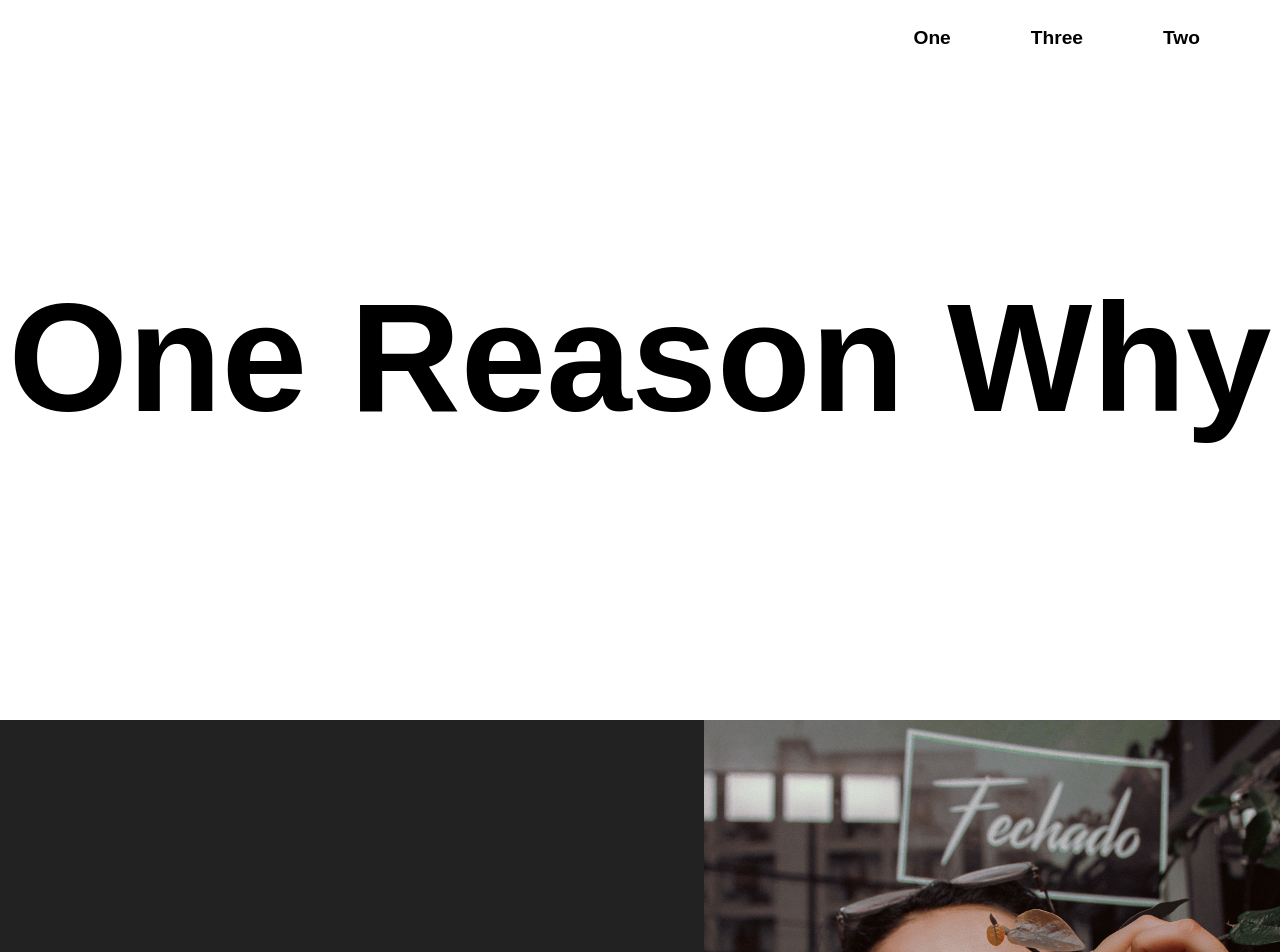
Repository: Imprasna/scrollmagic
Page: index.html
An editor plug-in stored every save of this project. The page is shown before and after the next save, followed by the edit.
The browser window is 1280 px wide. The pictures show the part of the page from y = 0 to 952 px (the page is 2200 px tall).
A picture or video elsewhere on the page could not be fetched, so the positions and the page height are approximate. Some web fonts or font styles are not loaded; a fallback is used. Some web libraries are served in a nearby version.

Above is the page before, as saved 2021-10-26 01:20:59.

### index.html
<!DOCTYPE html>
<html lang="en">
<head>
    <meta charset="UTF-8">
    <meta http-equiv="X-UA-Compatible" content="IE=edge">
    <meta name="viewport" content="width=device-width, initial-scale=1.0">
    <link rel="stylesheet" href="style.css">
    <script src="https://cdnjs.cloudflare.com/ajax/libs/gsap/3.8.0/gsap.min.js" integrity="sha512-eP6ippJojIKXKO8EPLtsUMS+/sAGHGo1UN/38swqZa1ypfcD4I0V/ac5G3VzaHfDaklFmQLEs51lhkkVaqg60Q==" crossorigin="anonymous" referrerpolicy="no-referrer"></script>
    <script src="https://cdnjs.cloudflare.com/ajax/libs/gsap/3.8.0/ScrollTrigger.min.js" integrity="sha512-CPA5LMoJI/a5HkSIAKcBtFXe4gqGjPUL2ExF/3PmhrrHI17wod9xOqqF+0WZQRKIIq0KwF8oG5BaiWobtrke3A==" crossorigin="anonymous" referrerpolicy="no-referrer"></script>
    <title>Gsap Animation</title>
</head>
<body>
    <section class="home">
        <nav>
            <h1 class="sliding-text">I am the best <br>you dumb ass</br></h1>
            <ul>
                <li><a href="#">One</a></li>
                <li><a href="#">Three</a></li>
                <li><a href="#">Two</a></li>
            </ul>
        </nav>
        <h1 class="logo">One Reason Why</h1>
    </section>

    <section class="first-page">
        <div class="intro">
            <h2>Introduction</h2>
            <p>Lorem ipsum dolor sit amet consectetur adipisicing elit. Recusandae tenetur,
                atque voluptate aut voluptates dolorum consequuntur excepturi dolorem suscipit similique.
            </p>
        </div>
        <img src="./images/1.jpg" alt="">
    </section>

    <section class="second-page">
        <img src="./images/2.jpg" alt="">
        <div class="intro">
            <h2>About</h2>
            <p>Lorem ipsum dolor sit amet consectetur adipisicing elit. Recusandae tenetur,
                atque voluptate aut voluptates dolorum consequuntur excepturi dolorem suscipit similique.
            </p>
        </div>
    </section>


    <script src="app.js"></script>
</body>
</html>

### style.css
@import url('https://fonts.googleapis.com/css2?family=Zen+Kurenaido&display=swap');


* {
    margin: 0;
    padding: 0;
    box-sizing: border-box;
}

html, body {
    font-family: 'Zen Kurenaido', sans-serif;
}

nav {
    display: flex;
    justify-content: space-between;
    padding: 1rem 5rem;
    background-color: #fff;
}

h1 {
    font-size: 1.2rem;
    font-weight: 600;
}

h2 {
    font-size: 5rem;
}

ul {
    display: flex;
    list-style: none;
    align-items: center;
}

a {
    text-decoration: none;
    font-size: 1.2rem;
    color: #000;
    margin-left: 5rem;
    font-weight: 600;
}

.logo {
    position: absolute;
    left: 50%;
    top: 50%;
    font-size: 1.6rem;
    transform: translate(-50%, -50%) scale(6);
}

.home {
    height: 100vh;
}

.first-page {
    height: 100vh;
    background: #222;
    color: #fff;
    display: flex;
    justify-content: center;
    align-items: center;
}

.first-page img {
    object-fit: cover;
    height: 100%;
    width: 600px;
}

.first-page, .second-page p {
    font-size: 2rem;
}


.second-page {
    height: 100vh;
    background: #222;
    color: #fff;
    display: flex;
    justify-content: center;
    align-items: center;
    text-align: right;
}

.second-page img {
    height: 800px;
    width: 600px;
    object-fit: cover;
}

### app.js
let tl = gsap.timeline({
    ScrollTrigger: {
        trigger: '.home',
        start: '0%',
        end: '80%',
        scrub: 1
    },
});

tl.fromTo('.sliding-text', { y: 0}, {y: -400})

After the next save:
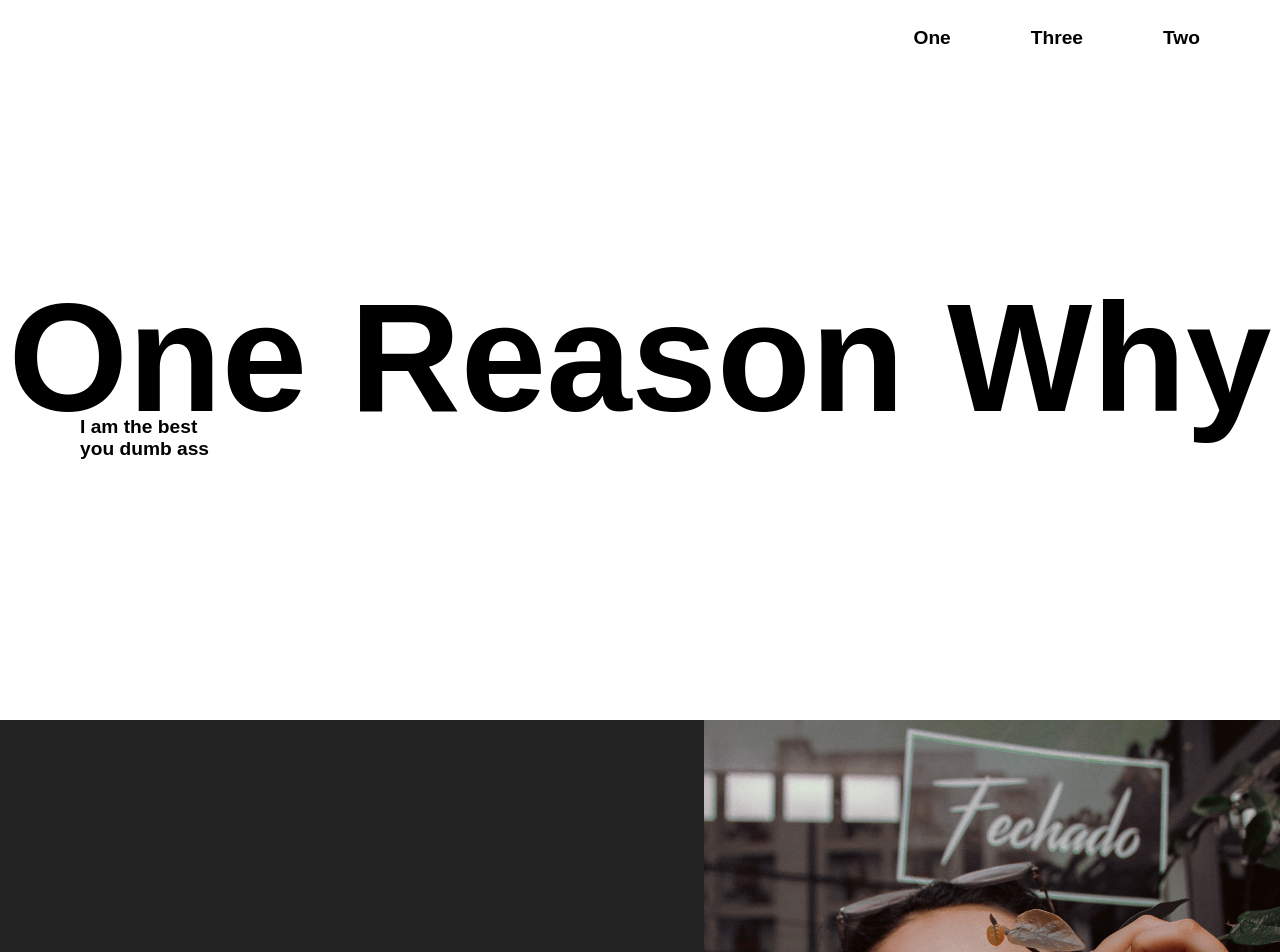
Saved 18 s later.
--- a/app.js
+++ b/app.js
@@ -7,4 +7,4 @@
     },
 });
 
-tl.fromTo('.sliding-text', { y: 0}, {y: -400})
+tl.fromTo('.sliding-text', { y: 0}, {y: 400})

After the save that followed:
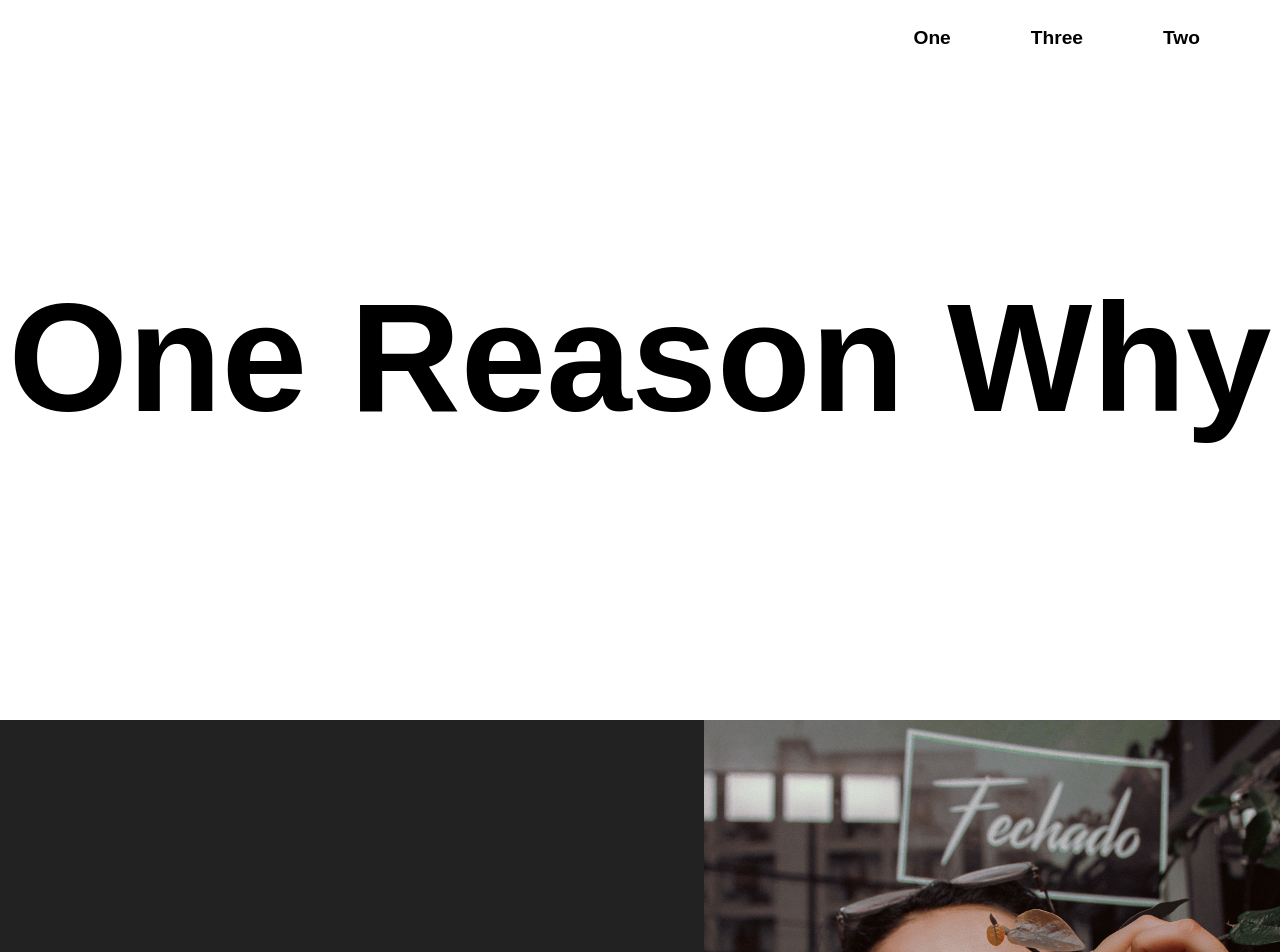
Saved 6 s later.
--- a/app.js
+++ b/app.js
@@ -7,4 +7,4 @@
     },
 });
 
-tl.fromTo('.sliding-text', { y: 0}, {y: 400})
+tl.fromTo('.sliding-text', { y: 0}, {y: -400})
